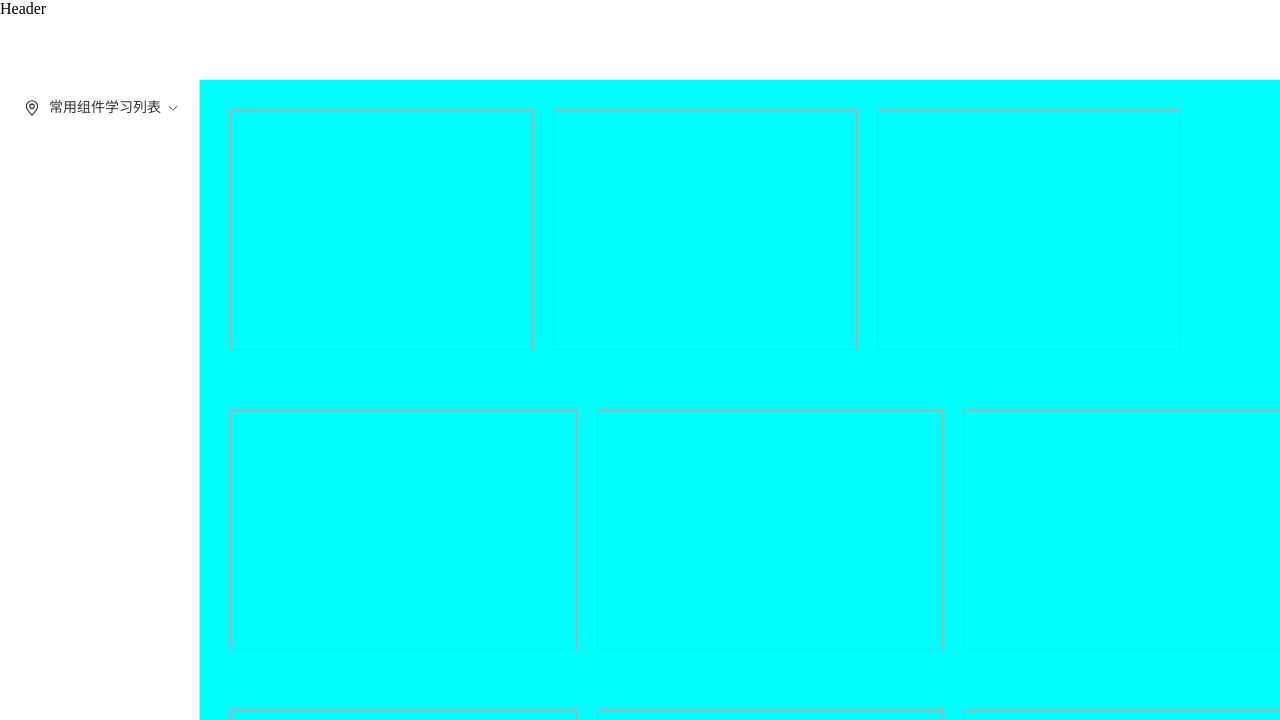
Repository: 553559555/vue3-project
Page: /#/index (app in vue3-app/)
These files come from the project's save history. The page is drawn as it stood at one moment and after the next save; the edit follows.
The browser window is 1280 px wide. The pictures show the whole page.
An inner scrolling area shows only its first screen. The project was rebuilt for these pictures with package versions that can differ from the ones it lists, and the page was loaded fresh each time. Also part of the build but not shown: vue3-app/vite.config.ts.

Above is the page before, as saved 2025-03-24 10:57:43.

### vue3-app/src/main.ts
import { createApp } from 'vue'
import ElementPlus from 'element-plus'
import 'element-plus/dist/index.css'
import router from './router'
import pinia from './stores'
import './style.css'
import App from './App.vue'

const app = createApp(App)
app.use(ElementPlus)
app.use(router)
app.use(pinia)

app.mount('#app')

### vue3-app/src/router/index.ts
import { createRouter, createWebHashHistory, createWebHistory } from 'vue-router'
import type { RouteRecordRaw } from 'vue-router'

const routes: Array<RouteRecordRaw> = [
  {
    path: '/',
    name: 'Login',
    component: () => import('../views/login.vue')
  },
  {
    path: '/index',
    name: 'index',
    component: () => import('../views/index.vue'),
    children: [
      {
        path: '',
        name: 'Home',
        component: () => import('../views/Home.vue')
      },
      {
        path: '/about',
        name: 'About',
        component: () => import('../views/About.vue')
      }
    ]
  }

]

const router = createRouter({
  history: createWebHashHistory(),
  routes
})

export default router

### vue3-app/src/stores/index.ts
import { createPinia } from 'pinia'

const pinia = createPinia()

export default pinia

### vue3-app/src/style.css
/* CSS 重置 */
* {
  margin: 0;
  padding: 0;
  box-sizing: border-box;
}

### vue3-app/src/App.vue
<script setup lang="ts">
import { RouterView } from 'vue-router'
</script>

<template>
    <router-view />
</template>

### vue3-app/src/views/index.vue
<template>
    <div>
        <el-header>Header</el-header>
        <el-container>
            <el-aside width="200px">
                <home-left />
            </el-aside>
            <el-main>
                <router-view>
                </router-view>
            </el-main>
        </el-container>
    </div>
</template>

<script setup>

import { RouterView } from 'vue-router'
import HomeLeft from './components/home-left.vue'

</script>



<style scoped lang="scss">
div {
    width: 100vw;
    height: 100vh;
    box-sizing: border-box;

    .el-header {
        height: 80px;
        padding: 0;
    }


    .el-container {
        height: calc(100vh - 80px);
    }

    .el-main {
        margin: 0px;
        padding: 0px;
        width: 100%;
        height: 100%;
    }
}
</style>

### vue3-app/src/views/Home.vue
<template>
  <div class="home-container">
    <el-row class="row">
      <el-col :span="7">
        <div class="grid-content ep-bg-purple-dark" />
      </el-col>
      <el-col :span="7">
        <div class="grid-content ep-bg-purple-dark" />
      </el-col>
      <el-col :span="7">
        <div class="grid-content ep-bg-purple-dark" />
      </el-col>
    </el-row>

    <el-row class="row">
      <el-col :span="8">
        <div class="grid-content ep-bg-purple-dark" />
      </el-col>
      <el-col :span="8">
        <div class="grid-content ep-bg-purple-dark" />
      </el-col>
      <el-col :span="8">
        <div class="grid-content ep-bg-purple-dark" />
      </el-col>
    </el-row>

    <el-row class="row">
      <el-col :span="8">
        <div class="grid-content ep-bg-purple-dark" />
      </el-col>
      <el-col :span="8">
        <div class="grid-content ep-bg-purple-dark" />
      </el-col>
      <el-col :span="8">
        <div class="grid-content ep-bg-purple-dark" />
      </el-col>
    </el-row>

  </div>
</template>

<script lang="ts" setup>

</script>

<style scoped lang="scss">
.home-container {
  width: 100%;
  height: 100%;
  background-color: aqua;
  box-sizing: border-box;

  .row {
    padding: 20px;
    height: 300px;
    flex-wrap: nowrap;
    box-sizing: border-box;

    .el-col {
      margin: 10px;
      border: solid 1px #aaa;
    }
  }
}
</style>

### vue3-app/src/views/components/home-left.vue
<template>
    <div class="home-left-container">
        <el-menu default-active="2" class="el-menu-vertical-demo" @open="handleOpen" @close="handleClose"
            @select="handleSelect">
            <el-sub-menu v-for="(items, index) in listData" :index="items.name" :key="index">
                <template #title>
                    <el-icon>
                        <location />
                    </el-icon>
                    <span>{{ items.name }}</span>
                </template>
                <el-menu-item v-for="(item, index) in items.children" :index="item.name" :key="index">
                    <el-icon>
                        <location />
                    </el-icon>
                    <span>{{ item.name }}</span>
                </el-menu-item>
            </el-sub-menu>
        </el-menu>
    </div>
</template>

<script setup>
import { Location } from "@element-plus/icons-vue";

import { reactive, ref } from "vue";
const listData = reactive([
    {
        name: "常用组件学习列表",
        children: [
            {
                name: 'button'
            },
            {
                name: 'input'
            }
        ],
    },
]);
const isCollapse = ref(true);
const handleOpen = (key, keyPath) => {
    console.log(key, keyPath);
};
const handleClose = (key, keyPath) => {
    console.log(key, keyPath);
};

const handleSelect = (key, keyPath) => {
    console.log(key, keyPath);
};
</script>

<style scoped lang="scss">
.home-left-container {
    height: 100%;
    width: 100%;
    background-color: #fff;

    .el-menu-vertical-demo:not(.el-menu--collapse) {
        width: 200px;
        min-height: 100%;
    }
}
</style>

Loaded but not shown: vue3-app/index.html (common file)

After the next save:
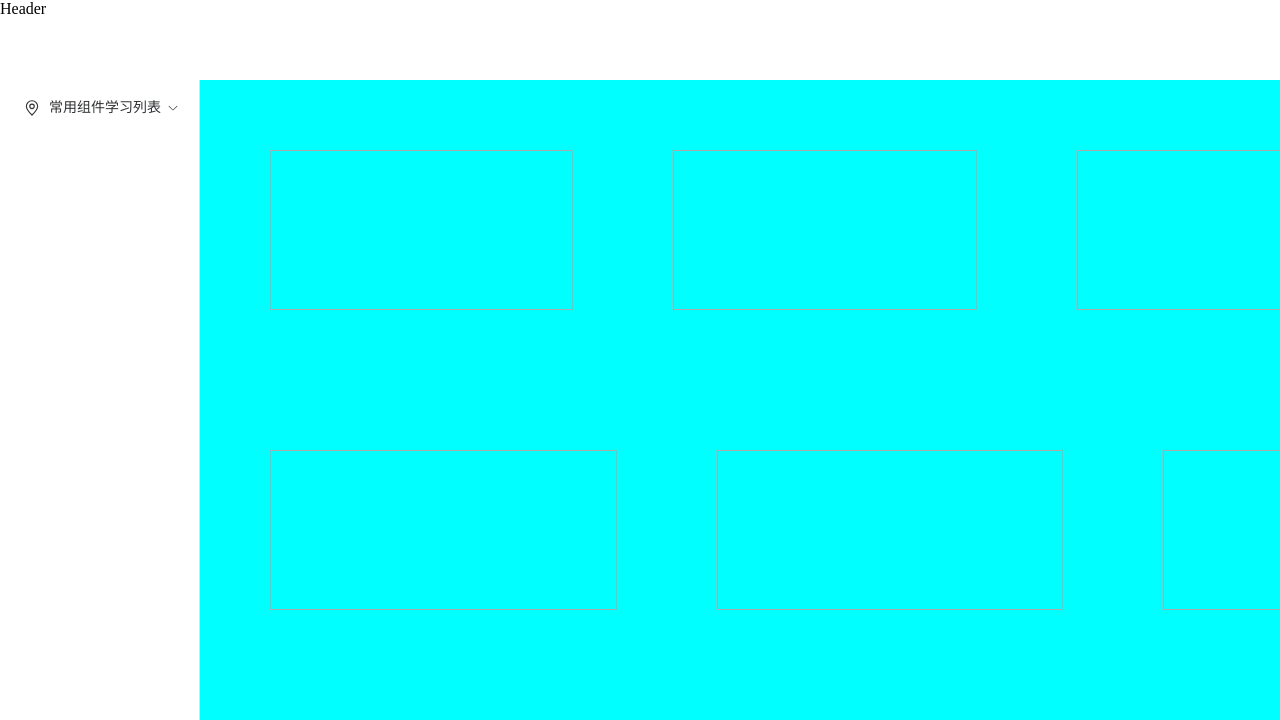
Saved 8 s later.
--- a/vue3-app/src/views/Home.vue
+++ b/vue3-app/src/views/Home.vue
@@ -57,7 +57,7 @@
     box-sizing: border-box;
 
     .el-col {
-      margin: 10px;
+      margin: 50px;
       border: solid 1px #aaa;
     }
   }
